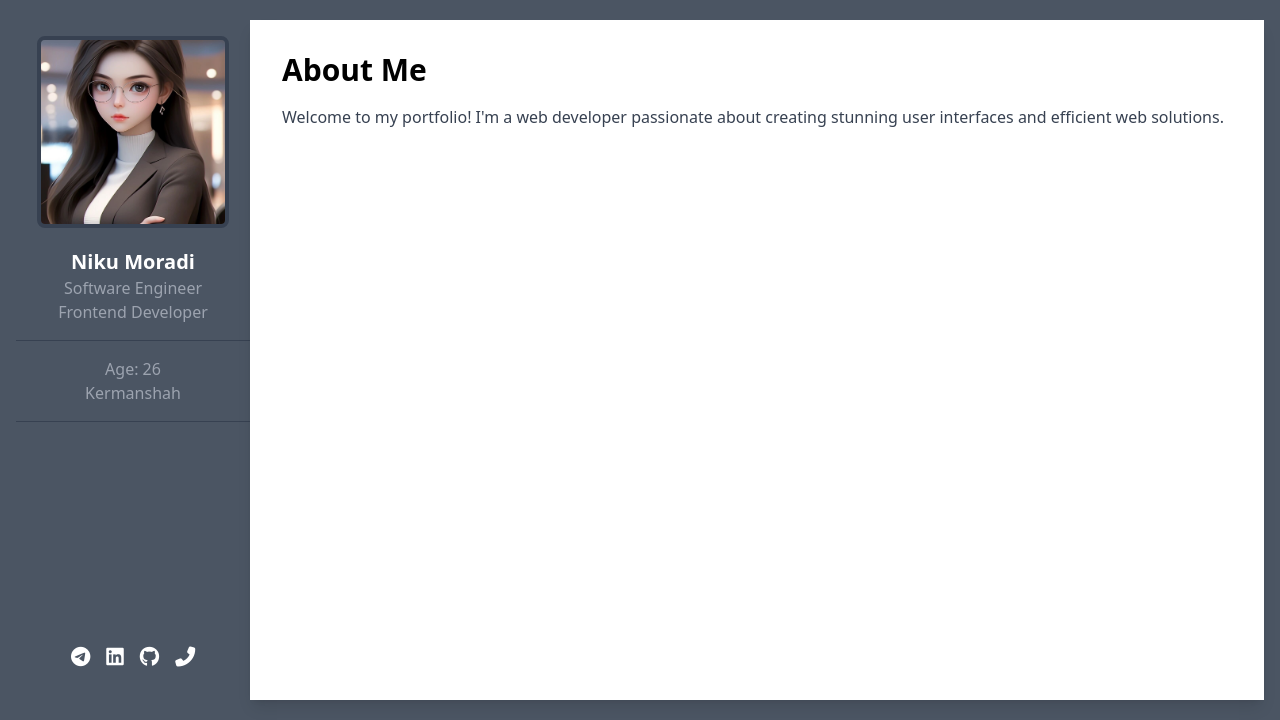
Repository: NikuMoradi/niku-moradi
Page: /
These files come from the project's save history. The page is drawn as it stood at one moment and after the next save; the edit follows.
The browser window is 1280 px wide. The pictures show the whole page.
The project was rebuilt for these pictures with package versions that can differ from the ones it lists, and the page was loaded fresh each time. The framework's server and built-in components were replaced by stand-ins that run in the browser. Also part of the build but not shown: nuxt.config.ts, components/Blog Posts/Component-Design.vue, components/Blog.vue, components/Contact.vue, components/Education.vue, components/Experience.vue, components/Hero.vue, components/Menu.vue and 3 more.

Above is the page before, as saved 2024-11-29 09:28:52.

### assets/css/main.css
@tailwind base;
@tailwind components;
@tailwind utilities;

body {
  /* From https://css.glass */
  background: #ffffff;
}

@layer utilities {
  .panel-bg {
    background-color: blanchedalmond;
  }
}

### components/LeftPanel.vue
<template>
  <div class="text-white w-72 flex flex-col" style="height: calc(100vh - 40px)">
    <!-- Profile Picture -->
    <div
      class="p-4 flex flex-col items-center justify-center border-b border-gray-700"
    >
      <img
        src="../assets/img/photo_2024-11-28_10-37-05.jpg"
        alt="Profile Picture"
        class="w-48 h-48 mb-5 rounded-lg border-4 border-gray-700 object-cover object-center"
      />
      <h2 class="text-xl font-bold">Niku Moradi</h2>
      <p class="text-md text-gray-400">Software Engineer</p>
      <p class="text-md text-gray-400">Frontend Developer</p>
    </div>

    <!-- Biography -->
    <div class="p-4 text-center border-b border-gray-700">
      <p class="text-md text-gray-400">Age: 26</p>
      <p class="text-md text-gray-400">Kermanshah</p>
    </div>

    <!-- Social Links -->
    <div class="py-8 text-center mt-auto text-white">
      <div class="space-x-4">
        <a
          href="https://t.me/yourusername"
          target="_blank"
          class="text-white hover:text-blue-400"
        >
          <i class="fab fa-telegram fa-lg"></i>
        </a>
        <a
          href="https://linkedin.com/in/yourusername"
          target="_blank"
          class="text-white hover:text-blue-600"
        >
          <i class="fab fa-linkedin fa-lg"></i>
        </a>
        <a
          href="https://github.com/yourusername"
          target="_blank"
          class="text-white hover:text-gray-700"
        >
          <i class="fab fa-github fa-lg"></i>
        </a>
        <a href="tel:+1234567890" class="text-white hover:text-green-400">
          <i class="fas fa-phone-alt fa-lg"></i>
        </a>
      </div>
    </div>
  </div>
</template>

### layouts/default.vue
<template>
  <div class="flex justify-center items-center min-h-screen bg-gray-600 px-4">
    <LeftPanel />

    <!-- Fixed Width Centered Card -->
    <div
      class="bg-white shadow-lg w-full max-w-5xl overflow-hidden"
      style="height: calc(100vh - 40px)"
    >
      <!-- Scrollable Content -->
      <div class="overflow-y-auto h-full scrollbar-hide">
        <NuxtPage />
      </div>
    </div>
  </div>
</template>

<style>
/* Add any custom global styles here */
body {
  background: linear-gradient(to bottom, #f0f0f0, #d0d0d0);
}
</style>

### app.vue
<!-- The app.vue is just holding the layout container and serving as the root.
 The default.vue layout handles the overall structure of the page.
All content from your pages will automatically be placed inside the NuxtPage slot of the layout.-->
<template>
  <NuxtLayout />
</template>

### pages/index.vue
<template>
  <div class="p-8">
    <h1 class="text-3xl font-bold mb-4">About Me</h1>
    <p class="text-gray-700 leading-relaxed">
      Welcome to my portfolio! I'm a web developer passionate about creating
      stunning user interfaces and efficient web solutions.
    </p>
  </div>
</template>

### tailwind.config.js
/** @type {import('tailwindcss').Config} */
export default {
  content: [
    "./components/**/*.{js,vue,ts}",
    "./layouts/**/*.vue",
    "./pages/**/*.vue",
    "./plugins/**/*.{js,ts}",
    "./app.vue",
    "./error.vue",
  ],
  theme: {
    extend: {},
  },
  plugins: [require("tailwind-scrollbar-hide")],
};

Loaded but not shown: plugins/aos.client.js (no copy from this time; the picture is the same without it)

After the next save:
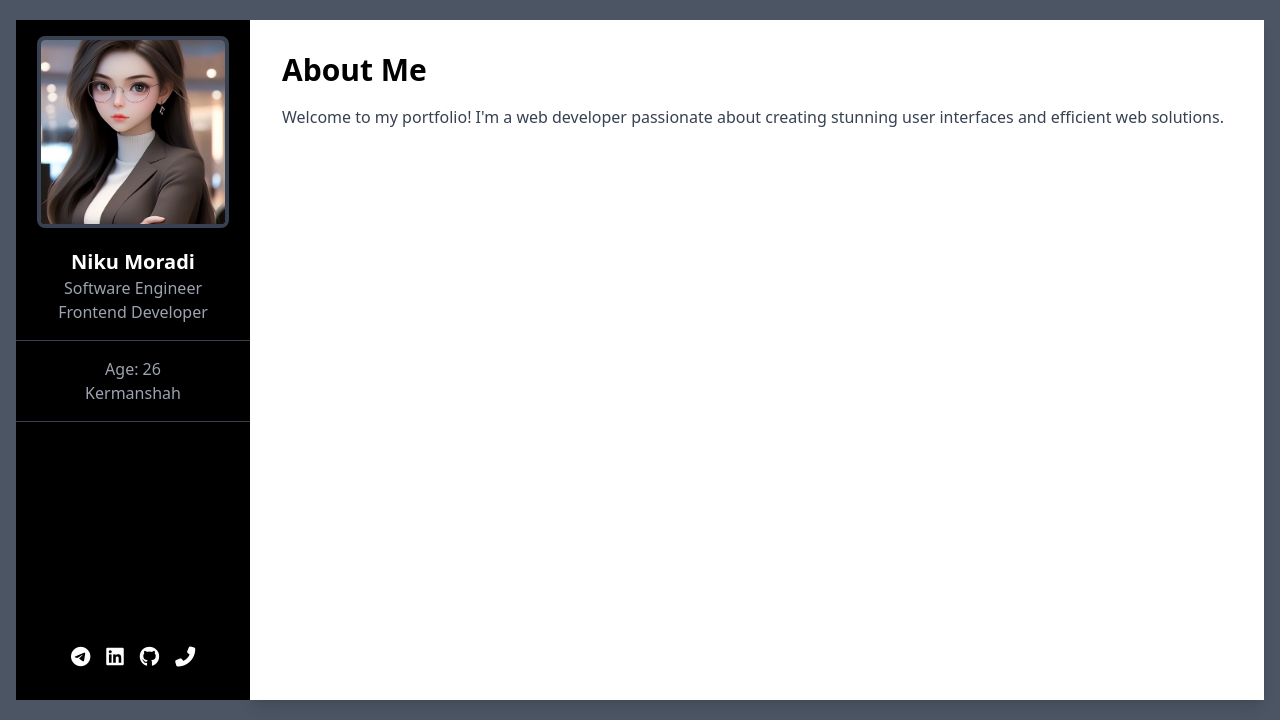
Saved 22 s later.
--- a/assets/css/main.css
+++ b/assets/css/main.css
@@ -8,7 +8,4 @@ body {
 }
 
 @layer utilities {
-  .panel-bg {
-    background-color: blanchedalmond;
-  }
 }
--- a/components/LeftPanel.vue
+++ b/components/LeftPanel.vue
@@ -1,5 +1,8 @@
 <template>
-  <div class="text-white w-72 flex flex-col" style="height: calc(100vh - 40px)">
+  <div
+    class="bg-black text-white w-72 flex flex-col"
+    style="height: calc(100vh - 40px)"
+  >
     <!-- Profile Picture -->
     <div
       class="p-4 flex flex-col items-center justify-center border-b border-gray-700"
